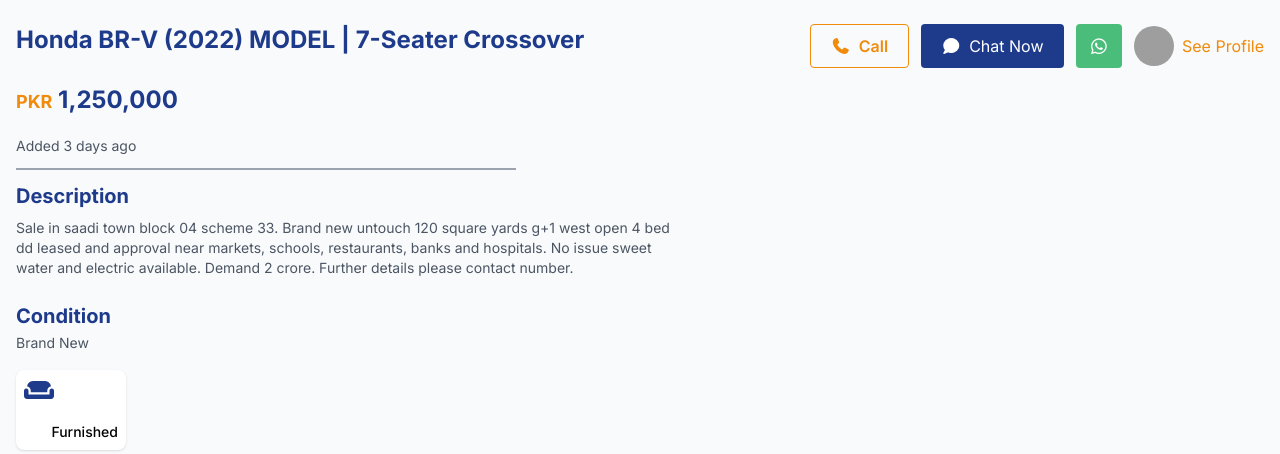
Repository: ARFA-SAEED/miljayega
Page: src/motorsPage/bikes_1.html
The author's editor kept a copy of each file at every save. The page is drawn from the files as they stood at one save, then again after the next save.
The browser window is 1280 px wide. The pictures show the part of the page from y = 633 to 1087 px (the page is 2069 px tall).
Pictures or frames that could not be fetched are drawn as grey boxes. A picture or video elsewhere on the page could not be fetched, so the positions and the page height are approximate. Some web fonts or font styles are not loaded; a fallback is used. Some web libraries are served in a nearby version.

Above is the page before, as saved 2025-08-25 13:21:00.

### src/motorsPage/bikes_1.html
<!DOCTYPE html>
<html lang="en">

<head>
    <meta charset="utf-8" />
    <meta content="width=device-width, initial-scale=1.0" name="viewport" />
    <title>Miljaega.pk - Bikes 1</title>
    <script src="https://cdn.tailwindcss.com?plugins=forms,container-queries"></script>
    <link href="https://fonts.googleapis.com/css2?family=Inter:wght@400;500;600;700&display=swap" rel="stylesheet" />
    <link href="https://fonts.googleapis.com/css2?family=Poppins:wght@400;500;600;700&display=swap" rel="stylesheet" />
    <link href="https://fonts.googleapis.com/icon?family=Material+Icons" rel="stylesheet" />
    <link href="https://fonts.googleapis.com/css2?family=Lalezar&display=swap" rel="stylesheet">
    <link href="https://fonts.googleapis.com/css2?family=Noto+Nastaliq+Urdu&display=swap" rel="stylesheet">
    <script src="https://cdn.jsdelivr.net/npm/alpinejs@3.x.x/dist/cdn.min.js" defer></script>
    <script src="https://cdn.jsdelivr.net/npm/@tailwindcss/browser@4"></script>
    <link rel="stylesheet" href="./Css/miljaega-homepage.css">
    <!-- Font Awesome CDN -->
    <link href="https://cdnjs.cloudflare.com/ajax/libs/font-awesome/6.5.2/css/all.min.css" rel="stylesheet">

    <link rel="stylesheet" href="https://cdnjs.cloudflare.com/ajax/libs/font-awesome/7.0.0/css/all.min.css"
        integrity="sha512-DxV+EoADOkOygM4IR9yXP8Sb2qwgidEmeqAEmDKIOfPRQZOWbXCzLC6vjbZyy0vPisbH2SyW27+ddLVCN+OMzQ=="
        crossorigin="anonymous" referrerpolicy="no-referrer" />
</head>

<body class="bg-gray-50">

    <!-- Header -->
    <header class="bg-white shadow-sm fixed top-0 z-50 w-full">
        <div class="lg:mx-auto 2xl:mx-20 relative py-3 container px-4 sm:px-6">
            <div class="flex justify-between items-center py-3">
                <!-- Left: Logo -->
                <div class="flex-shrink-0">
                    <img src="../../../assets/images/logo.svg" alt="Logo" class="h-8 sm:h-10" />
                </div>

                <!-- Center Nav (Desktop) -->
                <nav
                    class="hidden xl:flex absolute 2xl:ms-[440px] left-1/2 transform -translate-x-1/2 space-x-6 text-sm font-medium text-gray-600">
                    <div class="flex justify-center mt-2">
                        <div class="inline-flex rounded-lg shadow-md bg-white overflow-hidden">
                            <a href="#"
                                class="px-6 py-3 text-sm font-medium text-white bg-blue-900 hover:bg-blue-900 transition duration-300 flex items-center">
                                <i class="fa-solid fa-list mr-2"></i> ALL
                            </a>
                            <a href="#"
                                class="px-6 py-3 text-sm font-medium text-pak-green hover:bg-[rgb(220,228,245)] flex items-center">
                                <i class="fa-solid fa-circle-plus mr-2"></i> NEW
                            </a>
                            <a href="#"
                                class="px-6 py-3 text-sm font-medium text-pak-green hover:bg-[rgb(220,228,245)] flex items-center">
                                <i class="fa-solid fa-recycle mr-2"></i> USED
                            </a>
                            <a href="#"
                                class="px-6 py-3 text-sm font-medium text-pak-green hover:bg-[rgb(220,228,245)] flex items-center">
                                <i class="fa-solid fa-key mr-2"></i> RENT
                            </a>
                            <a href="#"
                                class="px-6 py-3 text-sm font-medium text-pak-green hover:bg-[rgb(220,228,245)] flex items-center">
                                <i class="fa-solid fa-arrow-right-arrow-left mr-2"></i> Exchange
                            </a>
                        </div>
                    </div>
                </nav>

                <!-- Mobile Hamburger -->
                <button id="mobileMenuToggle" class="block xl:hidden text-gray-700 hover:text-primary-green">
                    <svg class="w-7 h-7" fill="none" stroke="currentColor" stroke-width="2" viewBox="0 0 24 24">
                        <path stroke-linecap="round" stroke-linejoin="round" d="M4 6h16M4 12h16M4 18h16"></path>
                    </svg>
                </button>
            </div>
        </div>
    </header>

    <!-- Mobile Menu -->
    <div id="mobileMenu"
        class="xl:hidden hidden bg-white shadow-md fixed top-[72px] left-0 right-0 z-40 max-h-[calc(100vh-72px)] overflow-y-auto">
        <div class="px-4 py-4 space-y-4 text-sm font-medium text-gray-700">
            <div class="flex justify-around text-center gap-2 flex-wrap">
                <a href="#" class="flex flex-col items-center gap-1 hover:text-primary-green">
                    <img src="./images/second-hand.png" class="w-6 h-6" /> Used
                </a>
                <a href="#" class="flex flex-col items-center gap-1 hover:text-primary-green">
                    <img src="./images/new.png" class="w-6 h-6" /> New
                </a>
                <a href="#" class="flex flex-col items-center gap-1 hover:text-primary-green">
                    <img src="./images/exchange.png" class="w-6 h-6" /> Exchange
                </a>
                <a href="#" class="flex flex-col items-center gap-1 hover:text-primary-green">
                    <img src="./images/rent.png" class="w-6 h-6" /> Rentals
                </a>
            </div>
        </div>
    </div>

    <!-- Spacer -->
    <div class="pt-[72px]"></div>

    <!-- Images Section -->
    <div class="container mx-auto px-4 mt-12">
        <div class="grid grid-cols-1 lg:grid-cols-2 gap-3">
            <div>
                <img class="w-full h-[250px] sm:h-[400px] lg:h-[513px] object-cover rounded-lg lg:rounded-l-[10px]"
                    src="https://auto.yugatech.com/wp-content/uploads/2022/09/2023-Honda-BRV-Main-2048x1024.jpg" alt="">
            </div>
            <div class="flex flex-col gap-3">
                <img class="w-full h-[200px] sm:h-[250px] object-cover rounded-lg lg:rounded-tr-[10px]"
                    src="https://hondaotodalat.com.vn/wp-content/uploads/2020/02/honda_BRV_hondaotovovankiet_vn_15.jpg"
                    alt="">
                <img class="w-full h-[200px] sm:h-[250px] object-cover rounded-lg lg:rounded-br-[10px]"
                    src="https://d31sro4iz4ob5n.cloudfront.net/upload/car/br-v-2024/feature/interior/br-v-2024-lhd-amplio-confort-y-versatilidad.jpg"
                    alt="">
            </div>
        </div>
    </div>

    <!-- Title & Buttons -->
    <div class="container mx-auto px-4 mt-6 flex flex-col lg:flex-row justify-between items-start gap-4">
        <h1 class="font-bold text-blue-900 text-xl lg:text-2xl">
            Honda BR-V (2022) MODEL | 7-Seater Crossover
        </h1>
        <div class="flex flex-wrap gap-3">
            <button class="border border-[#F08B0B] text-[#F08B0B] font-semibold rounded px-5 py-2 flex items-center">
                <i class="fa-solid fa-phone me-2"></i> Call
            </button>
            <button class="bg-blue-900 hover:bg-blue-800 text-white rounded px-5 py-2 flex items-center">
                <i class="fa-solid fa-comment me-2"></i> Chat Now
            </button>
            <button class="bg-[#4ABD7A] text-white rounded px-3 py-2 flex items-center">
                <i class="fa-brands fa-whatsapp text-lg"></i>
            </button>
            <div class="flex items-center gap-2">
                <img class="rounded-full h-10 w-10"
                    src="https://tse3.mm.bing.net/th/id/OIP.WpIMP_W3gb5bZ81rA-K2YgHaHa?pid=Api&P=0&h=220" alt="">
                <span class="text-[#F08B0B]">See Profile</span>
            </div>
        </div>
    </div>


    <!-- Price -->
    <div class="container mx-auto px-4 mt-4">
        <h1 class="text-blue-900 font-bold text-xl lg:text-2xl">
            <span class="text-lg text-[#F08B0B]">PKR</span> 1,250,000
        </h1>
        <p class="text-gray-600 text-sm mt-5 pb-3 border-b border-gray-400 border-b-2 w-[500px]">Added 3 days ago</p>
    </div>

    <!-- Description -->
    <div class="container mx-auto px-4 mt-3">
        <h1 class="text-blue-900 font-bold text-xl mb-2">Description</h1>
        <p class="text-sm text-gray-600 max-w-2xl">
            Sale in saadi town block 04 scheme 33. Brand new untouch 120 square yards g+1 west open 4 bed dd leased and
            approval near markets, schools, restaurants, banks and hospitals. No issue sweet water and electric
            available.
            Demand 2 crore. Further details please contact number.
        </p>
    </div>

    <!-- Condition -->
    <div class="container mx-auto px-4 mt-6">
        <h1 class="text-blue-900 font-bold text-xl">Condition</h1>
        <span class="text-gray-600 text-sm">Brand New</span>
        <div class="relative mt-4 shadow rounded-lg h-20 w-[110px] bg-white p-3">
            <i class="fa-solid fa-couch text-blue-900 text-2xl absolute top-1 left-2"></i>
            <span class="absolute bottom-2 right-2 text-sm font-medium">Furnished</span>
        </div>
    </div>

    <!-- Location -->
    <div class="container mx-auto px-4 mt-6">
        <h1 class="text-blue-900 font-bold text-xl mb-3">Location and nearby facilities</h1>
        <div class="flex flex-wrap gap-4 mb-5">
            <button class="flex items-center gap-2 px-4 py-2 bg-white rounded-lg shadow-md">
                <i class="fa-solid fa-border-all text-[#F08B0B]"></i> All
            </button>
            <button class="flex items-center gap-2 px-4 py-2 bg-white rounded-lg shadow-md">
                <i class="fa-solid fa-school text-[#F08B0B]"></i> School
            </button>
            <button class="flex items-center gap-2 px-4 py-2 bg-white rounded-lg shadow-md">
                <i class="fa-solid fa-hospital text-[#F08B0B]"></i> Hospitals
            </button>
            <button class="flex items-center gap-2 px-4 py-2 bg-white rounded-lg shadow-md">
                <i class="fa-solid fa-utensils text-[#F08B0B]"></i> Restaurant
            </button>
        </div>
        <img src="https://png.pngtree.com/png-clipart/20230315/original/pngtree-map-location-pin-with-red-png-image_8989833.png"
            class="h-[300px] sm:h-[400px] mx-auto" alt="">
    </div>
    <footer class="bg-[#0C3168] text-white">
        <div class="container mx-auto px-4 sm:px-6 lg:px-8 py-10">

            <!-- ✅ Mobile/Tablet (sm, md, lg): 2 Rows Layout -->
            <div class="flex  flex-wrap gap-8 lg:hidden">
                <!-- Row 1: ABOUT US + MY ACCOUNT -->
                <div class="w-full flex   gap-8">
                    <!-- ABOUT US -->
                    <div class="w-full ms-10 md:ms-0 sm:w-1/2 text-left">
                        <ul class="leading-10">
                            <li class="font-bold text-xl mb-3">ABOUT US</li>
                            <li>FAQ</li>
                            <li>Anti Scam</li>
                            <li>Term of use</li>
                            <li>Privacy Policy</li>
                            <li>Contact Us</li>
                            <li>Sitemap</li>
                        </ul>
                    </div>
                    <!-- MY ACCOUNT -->
                    <div class="w-full ms-20 md:ms-60 sm:w-1/2 text-left">
                        <ul class="leading-10">
                            <li class="font-bold text-xl mb-3">MY ACCOUNT</li>
                            <li>Login</li>
                            <li>Register</li>
                        </ul>
                    </div>
                </div>

                <!-- Row 2: Miljaega + Social -->
                <div class="w-full flex gap-8 mt-5">
                    <!-- Miljaega -->
                    <div class="w-full sm:w-1/2 ms-10 md:ms-0 text-left">
                        <ul class="leading-10">
                            <li class="font-bold text-xl mb-3">Miljaega</li>
                            <li>Inspected by miljaega</li>
                            <li>Featured by miljaega</li>
                            <li>Recomended by miljaega</li>
                        </ul>
                    </div>
                    <!-- Social -->
                    <div class="w-full ms-20 md:ms-60  sm:w-1/2 text-left leading-15">
                        <ul>
                            <li class="font-bold text-xl  mb-3">FOLLOW US</li>
                        </ul>
                        <div class=" ms-8 md:ms-0 sm:flex-wrap md:flex mt-3 gap-5">
                            <img src="../../assets/images/fb.svg" class="h-10" alt="">
                            <img src="../../assets/images/insta.svg" class="h-10" alt="">
                            <img src="../../assets/images/twitter.svg" class="h-10" alt="">
                            <img src="../../assets/images/youtube.svg" class="h-10" alt="">
                        </div>
                    </div>
                </div>
            </div>

            <!-- ✅ XL and Up: Original 4-column Layout -->
            <div class="hidden lg:block lg:flex lg:justify-between xl:gap-8">
                <!-- ABOUT US -->
                <div class="w-full sm:w-1/2 xl:w-auto mb-5 xl:mb-0  xl:text-left">
                    <ul class="leading-10">
                        <li class="font-bold text-xl mb-3">ABOUT US</li>
                        <li>FAQ</li>
                        <li>Anti Scam</li>
                        <li>Term of use</li>
                        <li>Privacy Policy</li>
                        <li>Contact Us</li>
                        <li>Sitemap</li>
                    </ul>
                </div>
                <!-- MY ACCOUNT -->
                <div class="w-full sm:w-1/2 xl:w-auto text-left mb-5 xl:mb-0">
                    <ul class="leading-10">
                        <li class="font-bold text-xl mb-3">MY ACCOUNT</li>
                        <li>Login</li>
                        <li>Register</li>
                    </ul>
                </div>
                <!-- Miljaega -->
                <div class="w-full sm:w-1/2 xl:w-auto mb-5 xl:mb-0 text-left">
                    <ul class="leading-10">
                        <li class="font-bold text-xl mb-3">Miljaega</li>
                        <li>Inspected by miljaega</li>
                        <li>Featured by miljaega</li>
                        <li>Recomended by miljaega</li>
                    </ul>
                </div>
                <!-- Social -->
                <div class="w-full sm:w-1/2 xl:w-auto text-left mb-5 xl:mb-0 leading-15">
                    <ul>
                        <li class="font-bold text-xl mb-3">FOLLOW US</li>
                    </ul>
                    <div class="flex  ustify-start mt-3 gap-5">
                        <img src="../../assets/images/fb.svg" class="h-10" alt="">
                        <img src="../../assets/images/insta.svg" class="h-10" alt="">
                        <img src="../../assets/images/twitter.svg" class="h-10" alt="">
                        <img src="../../assets/images/youtube.svg" class="h-10" alt="">
                    </div>
                </div>
            </div>

            <!-- Footer bottom -->
            <div class="text-center border-t-2 border-white mt-10 pt-5 text-sm">
                <p>© Copyright 2025 Miljaega <br>Powered by The Tech Creators</p>
            </div>
        </div>
    </footer>

    <script>
        // Mobile menu toggle
        document.addEventListener("DOMContentLoaded", () => {
            const toggleBtn = document.getElementById("mobileMenuToggle");
            const mobileMenu = document.getElementById("mobileMenu");
            toggleBtn.addEventListener("click", () => {
                mobileMenu.classList.toggle("hidden");
            });
        });
    </script>

</body>

</html>

### assets/Css/miljaega-homepage.css
 :root {
   --primary-green: #0B6847;
 }

 body {
   font-family: 'Inter', sans-serif;
   background-color: #f8fafc;
 }

 .text-primary-green {
   color: var(--primary-green);
 }

 .bg-primary-green {
   background-color: #003E3E;
 }

 .border-primary-green {
   border-color: var(--primary-green);
 }

 .card {
   @apply bg-white rounded-lg shadow-[0_4px_6px_-1px_rgba(0, 0, 0, 0.1), 0_2px_4px_-2px_rgba(0, 0, 0, 0.1)] transition-transform duration-200;
 }

 .card:hover {
   transform: translateY(-5px);
 }

 .verified-badge {
   @apply text-blue-600 text-base;
 }


 /* Sell Button */
 ._520955ba {
   position: relative;
   overflow: hidden;
   border-radius: 4px;
 }

 header {
   z-index: 100;
 }

 .fbf39733 {
   background-color: #ffffff;
   /* Green background */
   border: none;
   cursor: pointer;
 }

 ._6257aca6 {
   object-fit: contain;
   z-index: 1;
 }


 ._948d9e0a {
   position: relative;
   z-index: 2;
 }

 ._27a68d65 {
   display: flex;
   align-items: center;
 }

 .b2e0090c {
   padding: 8px 16px;
 }

 ._371e9918 {
   color: white;
 }

 ._6041419a {
   margin-right: 8px;
 }

 ._8206696c {
   font-weight: 900;
 }

 .b7af14b4 {
   font-size: 12px;
 }

 .dd240920 {
   line-height: 1.5;
 }

 @import url('https://fonts.googleapis.com/css2?family=Inter:wght@300;400;500;600;700&display=swap');

 body {
   font-family: 'Inter', sans-serif;

 }

 .card-hover {
   transition: all 0.3s ease;
   box-shadow: 0 4px 6px rgba(0, 0, 0, 0.05);
 }

 .card-hover:hover {
   transform: translateY(-5px);
   box-shadow: 0 10px 25px rgba(0, 0, 0, 0.1);
 }

 .image-hover {
   transition: transform 0.5s ease;
 }

 .status-dot {
   position: absolute;
   bottom: 5px;
   right: 10px;
   width: 12px;
   height: 12px;
   background-color: #1dbf73;
   border: 2px solid white;
   border-radius: 50%;
   z-index: 10;
   box-shadow: 0 0 0 2px rgba(29, 191, 115, 0.3);
 }

 .status-pulse {
   position: absolute;
   bottom: -1px;
   right: -1px;
   width: 16px;
   height: 16px;
   background-color: rgba(29, 191, 115, 0.4);
   border-radius: 50%;
   z-index: 5;
   animation: pulse 1.5s infinite;
 }

 @keyframes pulse {
   0% {
     transform: scale(0.8);
     opacity: 0.7;
   }

   70% {
     transform: scale(1.5);
     opacity: 0;
   }

   100% {
     transform: scale(0.8);
     opacity: 0;
   }
 }

 .star-container {
   display: inline-flex;
   align-items: center;
   margin-left: -8px;
 }

 .star-full {
   color: #f2880f;
   position: relative;
 }

 .star-full::before {
   content: "★";
   position: absolute;
   color: white;
   font-size: 15px;
   top: 2px;
   left: 2px;
 }

 .star-half {
   position: relative;
   width: 20px;
   height: 20px;
 }

 .star-half-left {
   position: absolute;
   left: 0;
   width: 50%;
   height: 100%;
   background: #ff643d;
   border-top-left-radius: 3px;
   border-bottom-left-radius: 3px;
 }

 .star-half-right {
   position: absolute;
   right: 0;
   width: 50%;
   height: 100%;
   background: rgba(200, 201, 202, 0.48);
   border-top-right-radius: 3px;
   border-bottom-right-radius: 3px;
 }

 .star-half::before {
   content: "★";
   position: absolute;
   color: white;
   font-size: 15px;
   top: 2px;
   left: 2px;
   z-index: 10;
 }

 .badge {
   transition: all 0.3s ease;
 }

 .badge:hover {
   transform: scale(1.05);
 }

 .arrow-tab {
   position: relative;
   padding: 0.75rem 2rem;
   display: flex;
   align-items: center;
   justify-content: center;
   clip-path: polygon(0 0, calc(100% - 20px) 0, 100% 50%, calc(100% - 20px) 100%, 0 100%, 20px 50%);
   margin-left: -18px;
   cursor: pointer;
   transition: all 0.2s ease;
 }

 .arrow-tab:first-child {
   clip-path: polygon(0 0, calc(100% - 20px) 0, 100% 50%, calc(100% - 20px) 100%, 0 100%);
   margin-left: 0;
   padding-left: 3rem;
 }

 .arrow-tab.active {
   background-color: #1e3a8a;
   /* Tailwind's blue-900 */
   color: white;
   z-index: 10;
 }

 .arrow-tab:not(.active):hover {
   background-color: #ced8f3;
   /* Light gray on hover */
 }

 @media (min-width: 1024px) and (max-width: 1028px) {
   .custom-mt {
     margin-top: 10px;
     /* Equivalent to mt-9 */
   }
 }

 .thumbnail {
   transition: all 0.2s ease;
 }

 .thumbnail:hover {
   transform: scale(1.05);
   box-shadow: 0 0 5px rgba(59, 130, 246, 0.5);
 }

 #main-image {
   transition: opacity 0.3s ease;
 }



 .scrollbar-hide::-webkit-scrollbar {
   display: none;
 }

 .scrollbar-hide {
   -ms-overflow-style: none;
   scrollbar-width: none;
 }

 .search-dropdown {
   display: none;
   position: absolute;
   top: 100%;
   /* directly below input */
   left: 0;
   width: 100%;
   max-height: 400px;
   overflow-y: auto;
   /* only scroll when necessary */
   z-index: 999999;
   /* way above all site content */
   background: white;
   border: 1px solid #e5e7eb;
   border-radius: 0.5rem;
   box-shadow: 0 4px 6px -1px rgba(0, 0, 0, 0.1),
     0 2px 4px -1px rgba(0, 0, 0, 0.06);
 }

 .search-dropdown-section {
   padding-left: 13px;
   padding-right: 13px;
   padding-bottom: 10px;

 }

 .search-dropdown-section:last-child {
   border-bottom: none;
 }

 .search-dropdown-item {
   padding: 0.5rem;
   cursor: pointer;
   border-radius: 0.25rem;
   background-color: white;
 }

After the next save:
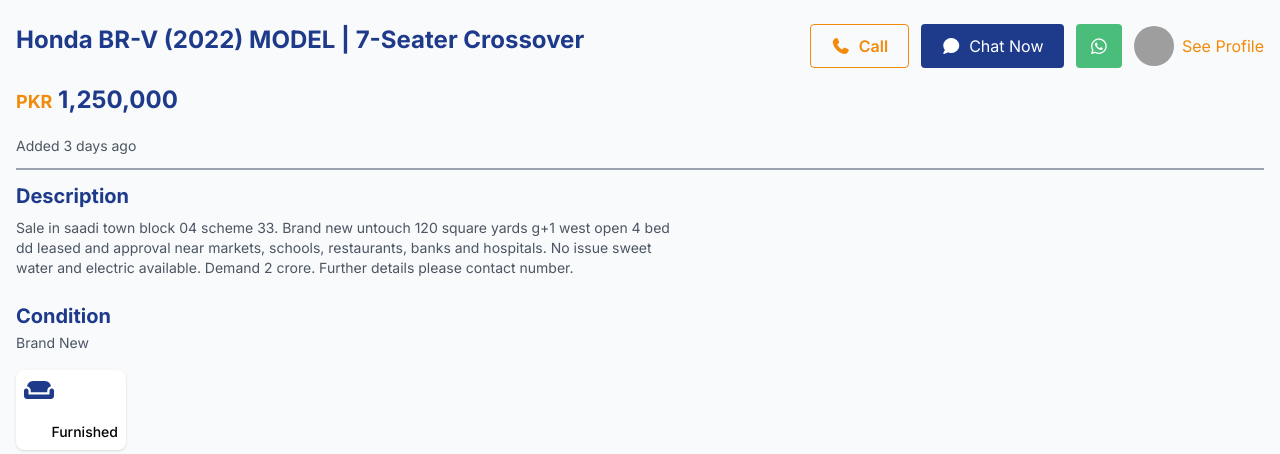
Saved 4 s later.
--- a/src/motorsPage/bikes_1.html
+++ b/src/motorsPage/bikes_1.html
@@ -143,7 +143,7 @@
         <h1 class="text-blue-900 font-bold text-xl lg:text-2xl">
             <span class="text-lg text-[#F08B0B]">PKR</span> 1,250,000
         </h1>
-        <p class="text-gray-600 text-sm mt-5 pb-3 border-b border-gray-400 border-b-2 w-[500px]">Added 3 days ago</p>
+        <p class="text-gray-600 text-sm mt-5 pb-3 border-b border-gray-400 border-b-2 w-[5=700px]">Added 3 days ago</p>
     </div>
 
     <!-- Description -->
